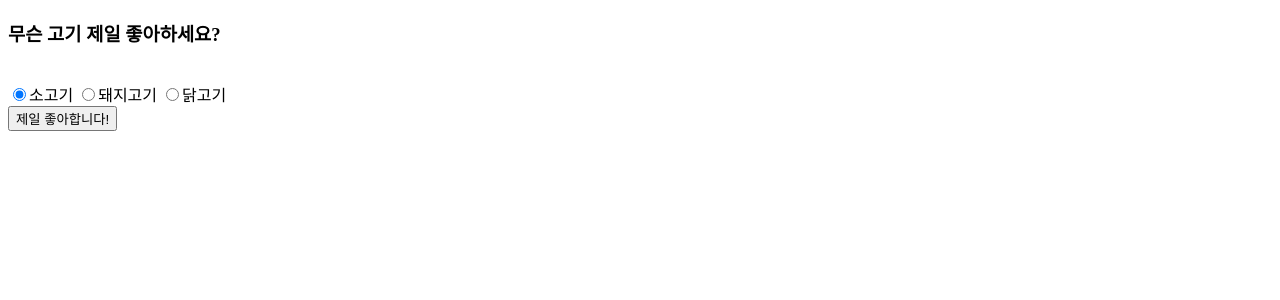
Repository: hyun5292/school
Page: JSP2-2/PSH_1102/PSH_1102_2/WebContent/requestex.html
These files come from the project's save history. The page is drawn as it stood at one moment and after the next save; the edit follows.
The browser window is 1280 px wide. The pictures show the whole page.

Above is the page before, as saved 2018-11-02 07:47:13.

### JSP2-2/PSH_1102/PSH_1102_2/WebContent/requestex.html
<!DOCTYPE html>
<html>
<head>
<meta charset="EUC-KR">
<title>Insert title here</title>
</head>
<body>
<form action="request_send.jsp">
<h3>무슨 고기 제일 좋아하세요?</h3> <br/>
<input type="radio" name="kind" size="10" value ="beef" checked="checked">소고기
<input type="radio" name="kind" size="10" value="pork">돼지고기
<input type="radio" name="kind" size="10" value="chicken">닭고기 <br/>
<input type="submit" value="제일 좋아합니다!">
</form>
</body>
</html>

After the next save:
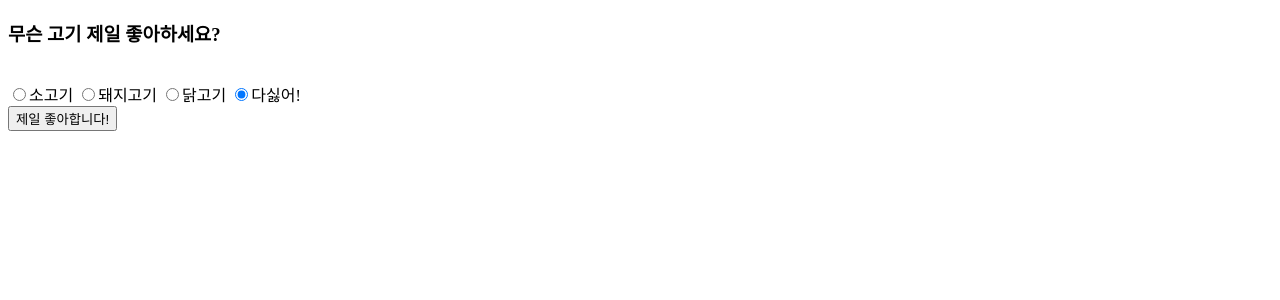
Saved 57 s later.
--- a/JSP2-2/PSH_1102/PSH_1102_2/WebContent/requestex.html
+++ b/JSP2-2/PSH_1102/PSH_1102_2/WebContent/requestex.html
@@ -7,9 +7,10 @@
 <body>
 <form action="request_send.jsp">
 <h3>무슨 고기 제일 좋아하세요?</h3> <br/>
-<input type="radio" name="kind" size="10" value ="beef" checked="checked">소고기
+<input type="radio" name="kind" size="10" value ="beef">소고기
 <input type="radio" name="kind" size="10" value="pork">돼지고기
-<input type="radio" name="kind" size="10" value="chicken">닭고기 <br/>
+<input type="radio" name="kind" size="10" value="chicken">닭고기
+<input type="radio" name="kind" size="10" value="nothing" checked="checked">다싫어! <br/>
 <input type="submit" value="제일 좋아합니다!">
 </form>
 </body>
